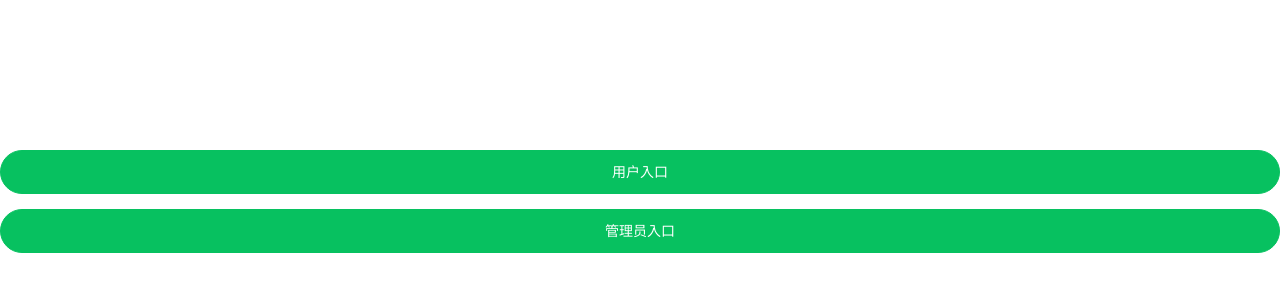
Repository: fisher002/sports
Page: /
The author's editor kept a copy of each file at every save. The page is drawn from the files as they stood at one save, then again after the next save.
The browser window is 1280 px wide. The pictures show the whole page.
The project was rebuilt for these pictures with package versions that can differ from the ones it lists, and the page was loaded fresh each time. Also part of the build but not shown: src/components/public/bottom.vue, src/views/mobile-index/indexUrl.js, src/views/mobile-admin/admin-login/loginUrl.js, src/components/public/top.vue, src/views/mobile-index/mobileIndex.vue, src/utils/comUtils.js, src/views/mobile-index/index.vue, src/views/mobile-index/detailcompate.vue and 68 more.

Above is the page before, as saved 2020-05-04 13:03:29.

After the next save:
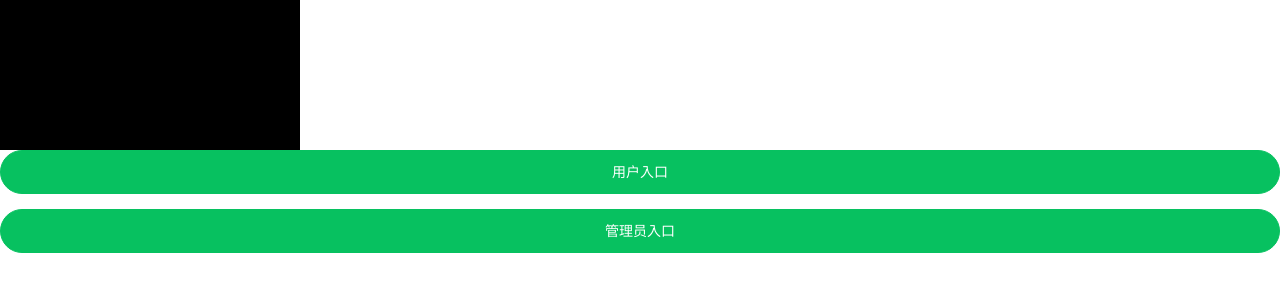
Saved 108 s later.
--- a/src/views/index.vue
+++ b/src/views/index.vue
@@ -22,12 +22,10 @@
     // this.width = document.documentElement.clientWidth;
   },
   mounted() {
-    window.onresize = () => {
-      return (() => {
-        this.height = document.documentElement.clientHeight;
-        this.width = document.documentElement.clientWidth;
-      })();
-    };
+    let vm = this;
+    $(window).resize(function() {
+      vm.height = $(window).height() - 200;
+    });
     this.canvas = this.$refs.myCanvas;
     this.canvas.height = this.height;
     this.canvas.width = this.width;

After the save that followed:
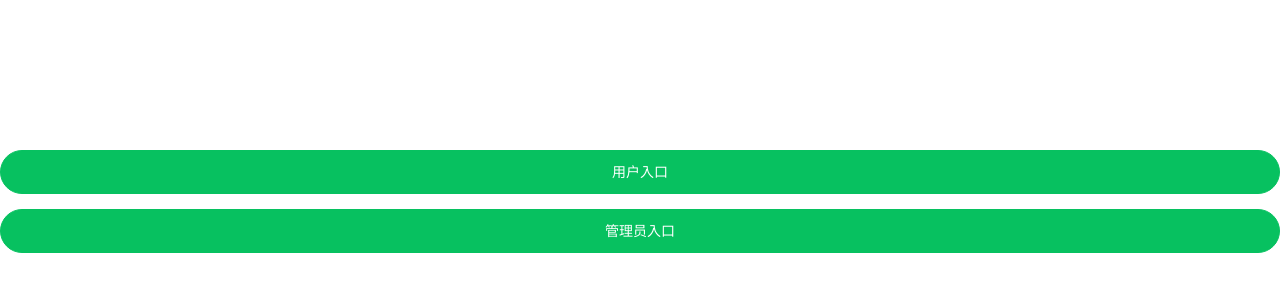
Saved 97 s later.
--- a/src/views/index.vue
+++ b/src/views/index.vue
@@ -20,12 +20,12 @@
   created() {
     // this.height = document.documentElement.clientHeight;
     // this.width = document.documentElement.clientWidth;
-  },
-  mounted() {
     let vm = this;
     $(window).resize(function() {
       vm.height = $(window).height() - 200;
     });
+  },
+  mounted() {
     this.canvas = this.$refs.myCanvas;
     this.canvas.height = this.height;
     this.canvas.width = this.width;
